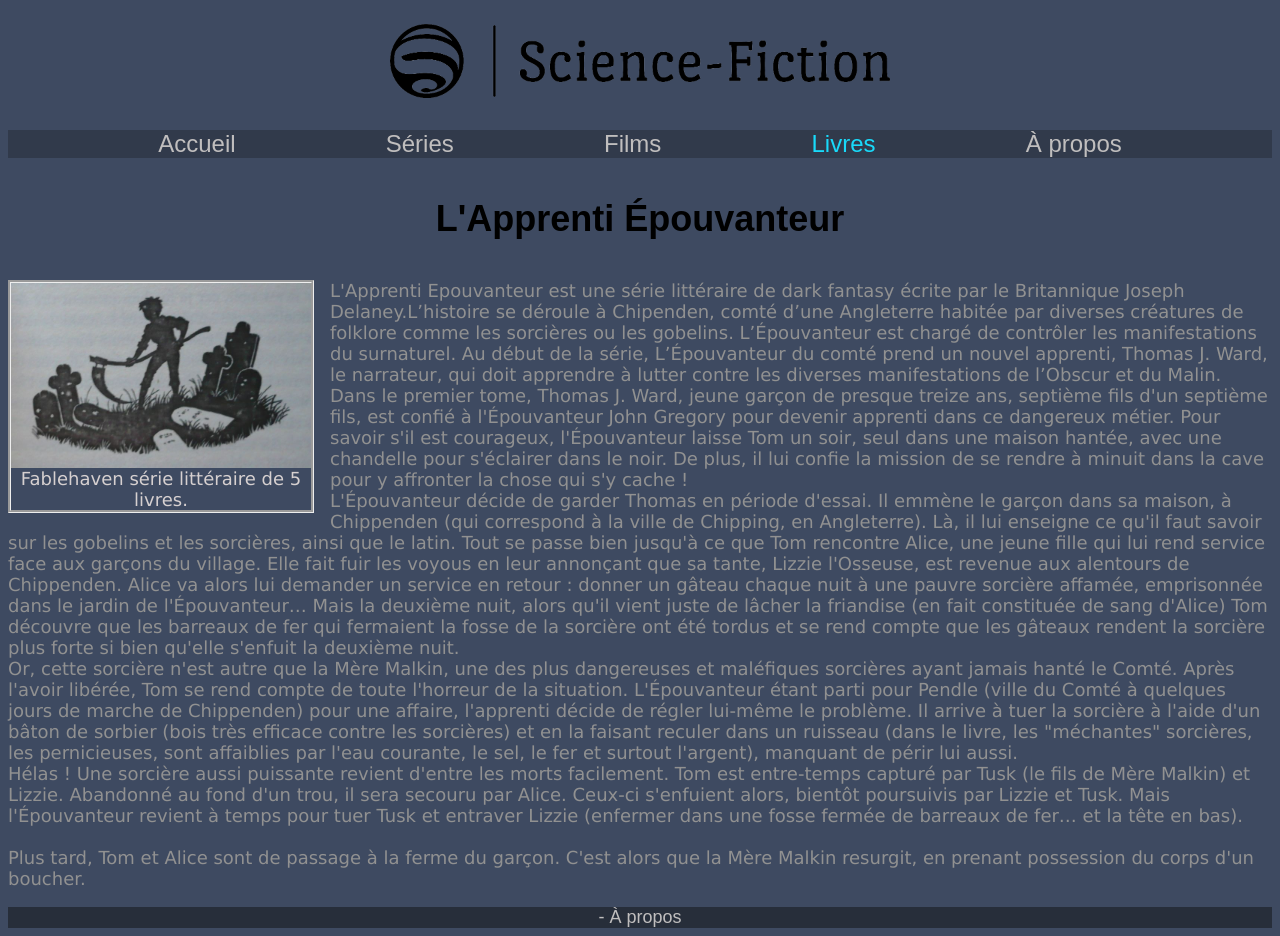
Repository: Emalios/Projet-Web
Page: html/livres/l-apprenti-epouvanteur.html
These files come from the project's save history. The page is drawn as it stood at one moment and after the next save; the edit follows.
The browser window is 1280 px wide. The pictures show the whole page.

Above is the page before, as saved 2020-11-11 20:54:15.

### html/livres/l-apprenti-epouvanteur.html
<!DOCTYPE html>
<html lang="fr" dir="ltr">

<head>
  <meta charset="utf-8">
  <meta name="viewport" content="width=device-width, initial-scale=1.0">
  <title>L'Apprenti Épouvanteur</title>
  <link rel="icon" href="../../images/small_icon.png" type="image/png">
  <link rel="stylesheet" href="../../css/common.css">
  <link rel="stylesheet" href="../../css/description.css">
</head>

<body>
  <header>
    <img id="logo" src="../../images/logo_large.png" alt="logo de Science-fiction">

    <nav class="navbar">
      <a href="../../index.html" class="nav-link">Accueil</a>
      <a href="../series.html" class="nav-link">Séries</a>
      <a href="../films.html" class="nav-link">Films</a>
      <a href="../livres.html" id="active" class="nav-link">Livres</a>
      <a href="../a-propos.html" class="nav-link">À propos</a>
    </nav>
  </header>
  <h1 id="title">L'Apprenti Épouvanteur</h1>
  <figure class="figure_descriptive">
    <img class="image_descriptive" alt="Kendra et Seth, s'enfonçant dans la forêt enchanté" src="../../images/page-livre/l-apprenti-epouvanteur-scene.jpg" />
    <figcaption class="description">Fablehaven série littéraire de 5 livres.</figcaption>
  </figure>
  <main>
    <p class="resume">L'Apprenti Epouvanteur est une série littéraire de dark fantasy écrite par le Britannique Joseph Delaney.L’histoire se déroule à Chipenden, comté d’une Angleterre habitée par diverses créatures de folklore comme les sorcières ou
      les gobelins. L’Épouvanteur est chargé de contrôler les manifestations du surnaturel. Au début de la série, L’Épouvanteur du comté prend un nouvel apprenti, Thomas J. Ward, le narrateur, qui doit apprendre à lutter contre les diverses
      manifestations de l’Obscur et du Malin.<br>

      Dans le premier tome, Thomas J. Ward, jeune garçon de presque treize ans, septième fils d'un septième fils, est confié à l'Épouvanteur John Gregory pour devenir apprenti dans ce dangereux métier. Pour savoir s'il est courageux, l'Épouvanteur
      laisse Tom un soir, seul dans une maison hantée, avec une chandelle pour s'éclairer dans le noir. De plus, il lui confie la mission de se rendre à minuit dans la cave pour y affronter la chose qui s'y cache !<br>

      L'Épouvanteur décide de garder Thomas en période d'essai. Il emmène le garçon dans sa maison, à Chippenden (qui correspond à la ville de Chipping, en Angleterre). Là, il lui enseigne ce qu'il faut savoir sur les gobelins et les sorcières, ainsi
      que le latin. Tout se passe bien jusqu'à ce que Tom rencontre Alice, une jeune fille qui lui rend service face aux garçons du village. Elle fait fuir les voyous en leur annonçant que sa tante, Lizzie l'Osseuse, est revenue aux alentours de
      Chippenden. Alice va alors lui demander un service en retour : donner un gâteau chaque nuit à une pauvre sorcière affamée, emprisonnée dans le jardin de l'Épouvanteur… Mais la deuxième nuit, alors qu'il vient juste de lâcher la friandise (en
      fait constituée de sang d'Alice) Tom découvre que les barreaux de fer qui fermaient la fosse de la sorcière ont été tordus et se rend compte que les gâteaux rendent la sorcière plus forte si bien qu'elle s'enfuit la deuxième nuit.<br>

      Or, cette sorcière n'est autre que la Mère Malkin, une des plus dangereuses et maléfiques sorcières ayant jamais hanté le Comté. Après l'avoir libérée, Tom se rend compte de toute l'horreur de la situation. L'Épouvanteur étant parti pour Pendle
      (ville du Comté à quelques jours de marche de Chippenden) pour une affaire, l'apprenti décide de régler lui-même le problème. Il arrive à tuer la sorcière à l'aide d'un bâton de sorbier (bois très efficace contre les sorcières) et en la faisant
      reculer dans un ruisseau (dans le livre, les "méchantes" sorcières, les pernicieuses, sont affaiblies par l'eau courante, le sel, le fer et surtout l'argent), manquant de périr lui aussi.<br>

      Hélas ! Une sorcière aussi puissante revient d'entre les morts facilement. Tom est entre-temps capturé par Tusk (le fils de Mère Malkin) et Lizzie. Abandonné au fond d'un trou, il sera secouru par Alice. Ceux-ci s'enfuient alors, bientôt
      poursuivis par Lizzie et Tusk. Mais l'Épouvanteur revient à temps pour tuer Tusk et entraver Lizzie (enfermer dans une fosse fermée de barreaux de fer… et la tête en bas).</br></br>

      Plus tard, Tom et Alice sont de passage à la ferme du garçon. C'est alors que la Mère Malkin resurgit, en prenant possession du corps d'un boucher.

    </p>
  </main>
  <footer><a href="../a-propos.html" class="footer-link">- À propos</a></footer>
</body>


</html>

### css/common.css
body {
  background-color: #3e4a61;
  font-size: 18px;
  font-family: "Source Sans Pro", sans-serif;
}

#logo {
  display: block;
  margin-left: auto;
  margin-right: auto;
  padding-top: 1rem;
  padding-bottom: 2rem;
  max-width: 500px;
}

ul {
  list-style: none outside none;
}

.navbar {
  font-size: 24px;
  display: flex;
  flex-wrap: wrap;
  justify-content: space-evenly;
  padding: 0;
  background-color: #313a4b;
}

.nav-link, .footer-link {
  text-decoration: none;
  color: #c0bebe;
}

.nav-link:hover {
  color: #19dafa;
}

#active {
  color: #19dafa !important;
}

#title {
  text-align: center;
  padding: 1rem;
}

footer {
  background-color: #272e3a;
  text-align: center;
}

@media all and (max-width: 700px) {
  #logo {
    display: block;
    margin-left: auto;
    margin-right: auto;
    padding-top: 1em;
    width: 85%;
    max-width: 500px;
  }

}

### css/description.css
.resume, .description {
  color: #919191;
  font-family: Verdana, sans-serif;
}

.description {
    color: #d6d0d0;
}

.figure_descriptive {
    margin: 0;
    margin-right: 1rem;
    width: min-content;
    display: flex;
    flex-direction: column;
    float: left;
    text-align: center;
    border-style: groove;
}

.description {
  margin: 0;
  width: 100%;
  text-align: center;
}

.image_descriptive {
  float: left;
  width: 100%;
  min-width: 300px;
}

After the next save:
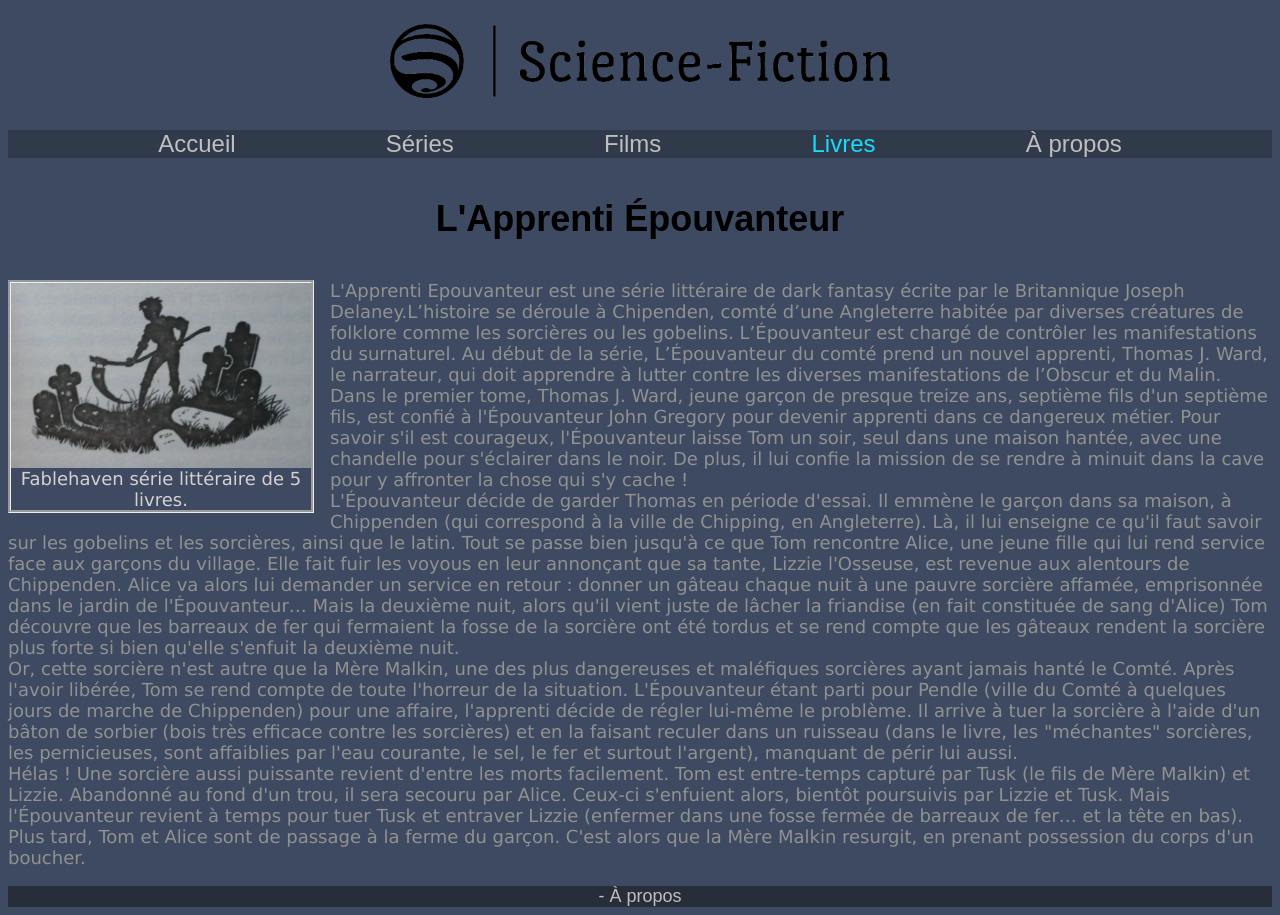
Saved 5 s later.
--- a/html/livres/l-apprenti-epouvanteur.html
+++ b/html/livres/l-apprenti-epouvanteur.html
@@ -45,7 +45,7 @@
       reculer dans un ruisseau (dans le livre, les "méchantes" sorcières, les pernicieuses, sont affaiblies par l'eau courante, le sel, le fer et surtout l'argent), manquant de périr lui aussi.<br>
 
       Hélas ! Une sorcière aussi puissante revient d'entre les morts facilement. Tom est entre-temps capturé par Tusk (le fils de Mère Malkin) et Lizzie. Abandonné au fond d'un trou, il sera secouru par Alice. Ceux-ci s'enfuient alors, bientôt
-      poursuivis par Lizzie et Tusk. Mais l'Épouvanteur revient à temps pour tuer Tusk et entraver Lizzie (enfermer dans une fosse fermée de barreaux de fer… et la tête en bas).</br></br>
+      poursuivis par Lizzie et Tusk. Mais l'Épouvanteur revient à temps pour tuer Tusk et entraver Lizzie (enfermer dans une fosse fermée de barreaux de fer… et la tête en bas).<br>
 
       Plus tard, Tom et Alice sont de passage à la ferme du garçon. C'est alors que la Mère Malkin resurgit, en prenant possession du corps d'un boucher.
 
